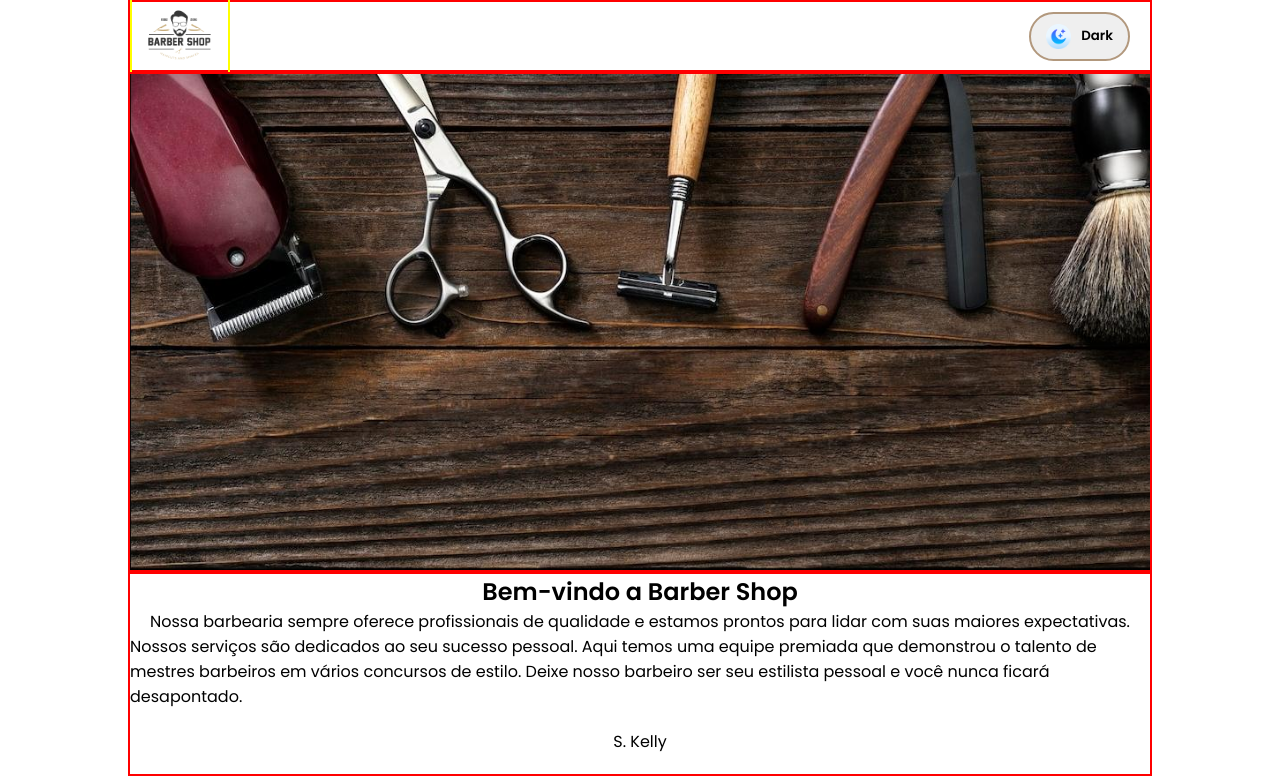
Repository: Daniells642/LandingPage-React
Page: /
An editor plug-in stored every save of this project. The page is shown before and after the next save, followed by the edit.
The browser window is 1280 px wide. The pictures show the whole page.
The project was rebuilt for these pictures with package versions that can differ from the ones it lists, and the page was loaded fresh each time.

Above is the page before, as saved 2022-11-04 21:48:55.

After the next save:
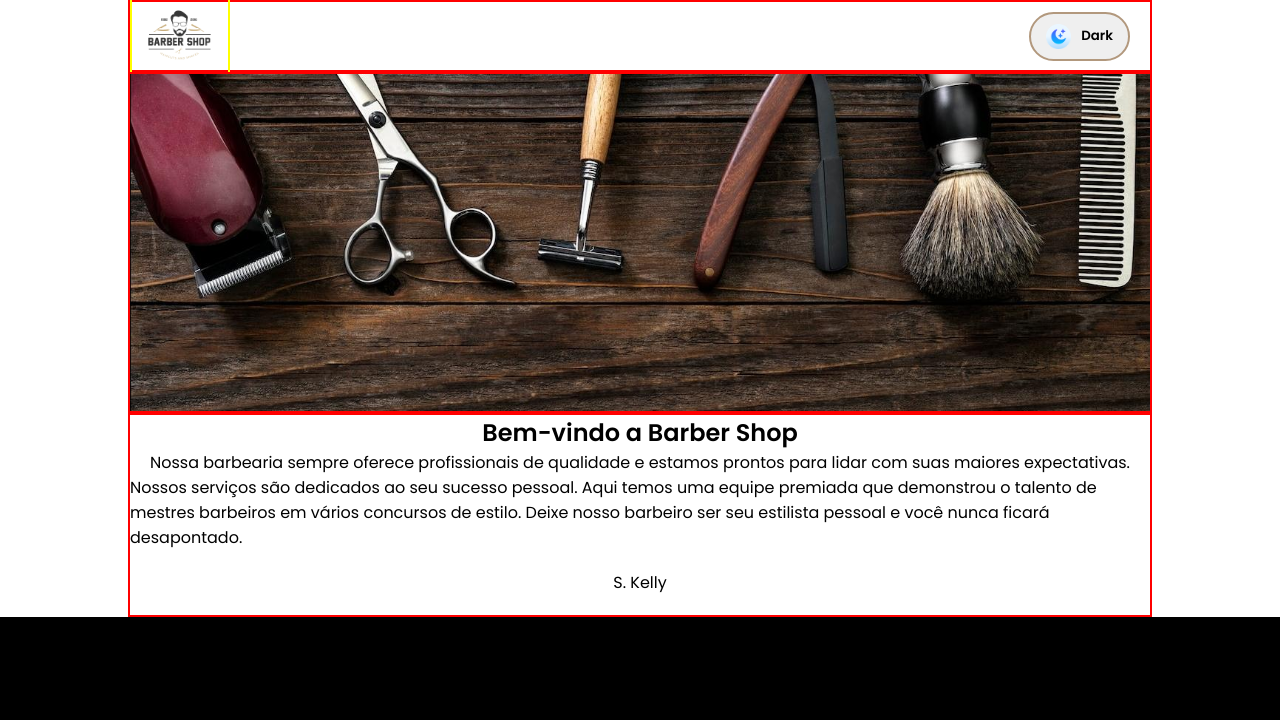
Saved 70 s later.
--- a/src/LandingPage/style.css
+++ b/src/LandingPage/style.css
@@ -44,7 +44,7 @@
     background-repeat: no-repeat;
     background-size: cover;
     width: 100%;
-    height: 500px;
+    height: 341px;
   }
 
 .secao-texto {

After the save that followed:
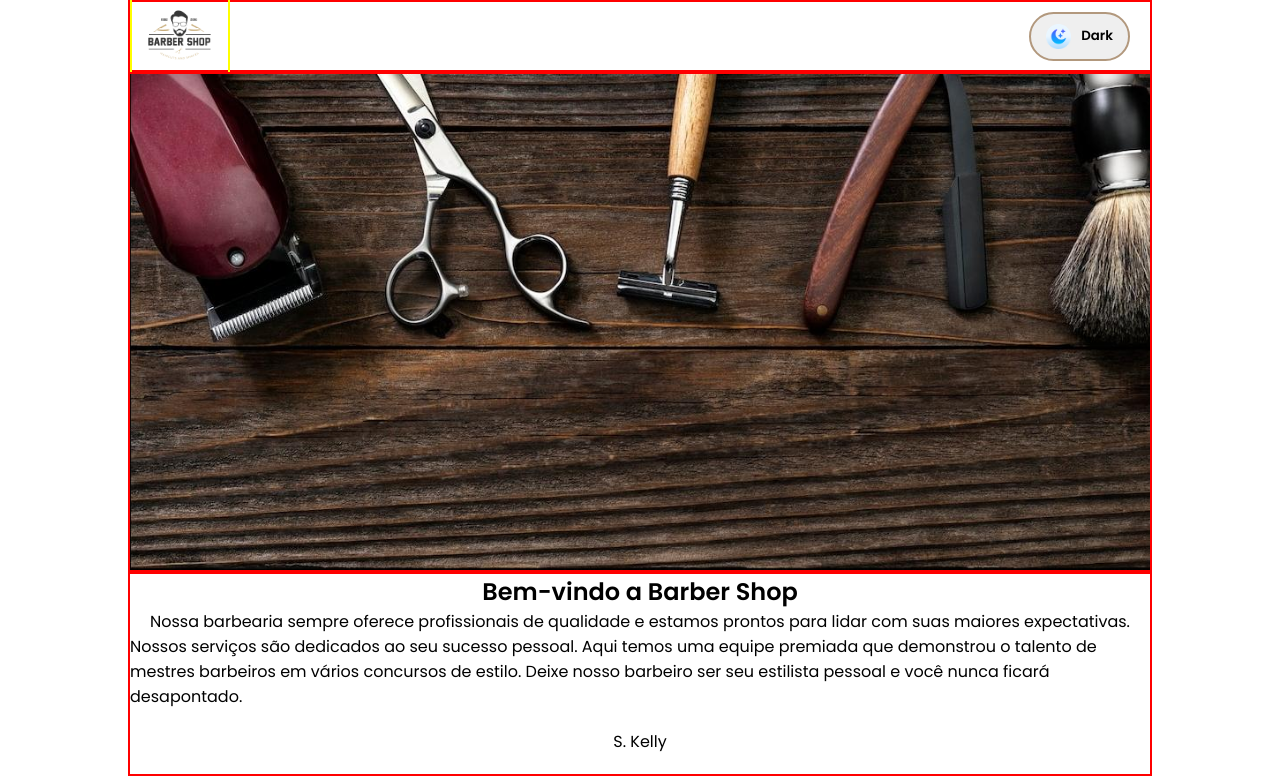
Saved 9 s later.
--- a/src/LandingPage/style.css
+++ b/src/LandingPage/style.css
@@ -44,7 +44,7 @@
     background-repeat: no-repeat;
     background-size: cover;
     width: 100%;
-    height: 341px;
+    height: 500px;
   }
 
 .secao-texto {
